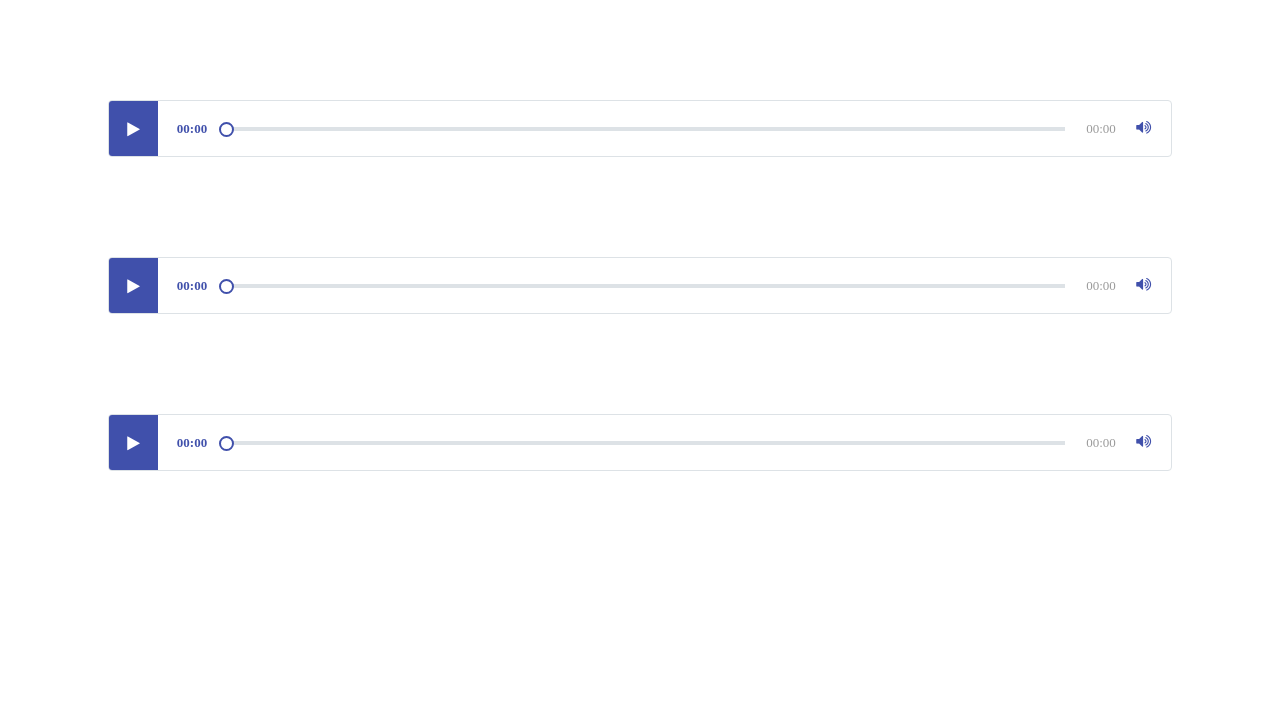
Repository: mitzbarbie/-jQuery-AudioPlayer-plugin
Page: index.html
These files come from the project's save history. The page is drawn as it stood at one moment and after the next save; the edit follows.
The browser window is 1280 px wide. The pictures show the whole page.

Above is the page before, as saved 2021-12-02 17:57:19.

After the next save:
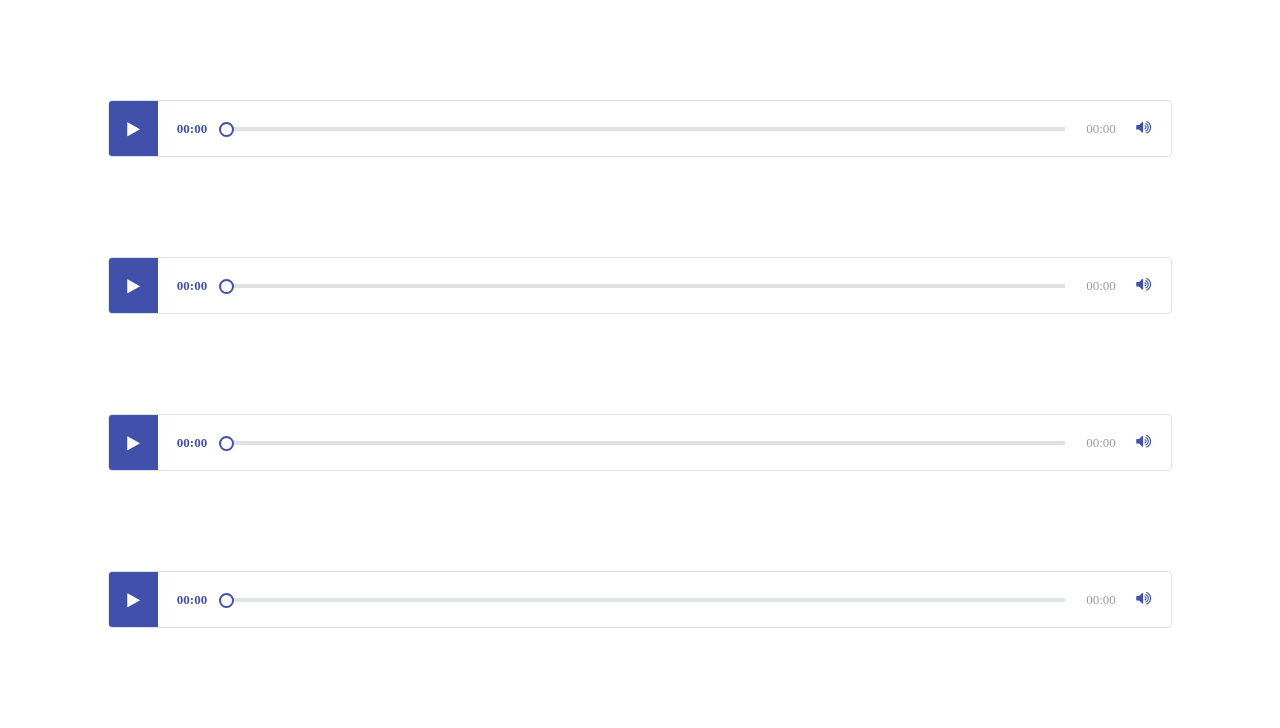
Saved 3 min 8 s later.
--- a/index.html
+++ b/index.html
@@ -20,6 +20,7 @@
     <div class="audio" style="margin: 100px" data-audio="audioEx1.mp3"></div>
     <div class="audio" style="margin: 100px" data-audio="audioEx2.mp3"></div>
     <div class="audio" style="margin: 100px" data-audio="audioEx3.mp3"></div>
+    <div class="audio" style="margin: 100px" data-audio="audioEx1.mp3"></div>
 
     <script>
       $(document).ready(function () {
@@ -30,13 +31,11 @@
           });
         });
 
-        $(".audio2").audioPlayerUtils({
-          songs: ["audioEx2.mp3"],
-        });
+        $(".audio1").audioPlayerUtils({});
 
-        $(".audio3").audioPlayerUtils({
-          songs: ["audioEx3.mp3"],
-        });
+        // $(".audio3").audioPlayerUtils({
+        //   songs: ["audioEx3.mp3"],
+        // });
       });
     </script>
 
